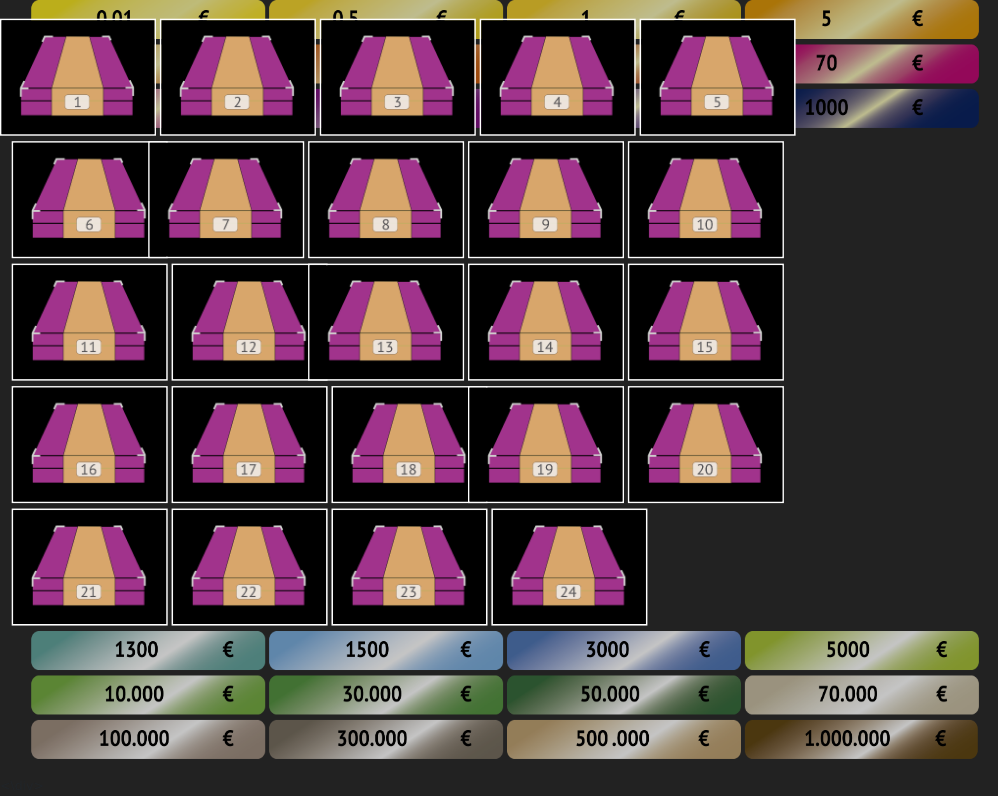
Repository: elnacp/Deal_or_no_deal
Page: DealOrNoDeal/index.html
An editor plug-in stored every save of this project. The page is shown before and after the next save, followed by the edit.
The browser window is 1280 px wide. The pictures show the whole page, at 78% of full size.
Some web libraries are served in a nearby version.

Above is the page before, as saved 2017-11-27 00:24:27.

### DealOrNoDeal/index.html
<!DOCTYPE html>
<html>
<head>
    <meta charset="utf-8" />
    <meta name="viewport" content="width=device-width, initial-scale=1.0, maximum-scale=1.0">
    <meta name="description" content="Tizen TV basic template generated by Samsung TV Web IDE"/>

    <title>Tizen TV Web IDE - Tizen TV - Tizen TV basic Application</title>

	<!-- jQuery library -->
	<script src="https://ajax.googleapis.com/ajax/libs/jquery/3.1.1/jquery.min.js"></script>
    <link rel="stylesheet" href="https://maxcdn.bootstrapcdn.com/bootstrap/4.0.0-beta.2/css/bootstrap.min.css" integrity="sha384-PsH8R72JQ3SOdhVi3uxftmaW6Vc51MKb0q5P2rRUpPvrszuE4W1povHYgTpBfshb" crossorigin="anonymous">
    <script src="https://code.jquery.com/jquery-3.2.1.slim.min.js" integrity="sha384-KJ3o2DKtIkvYIK3UENzmM7KCkRr/rE9/Qpg6aAZGJwFDMVNA/GpGFF93hXpG5KkN" crossorigin="anonymous"></script>
    <script src="https://cdnjs.cloudflare.com/ajax/libs/popper.js/1.12.3/umd/popper.min.js" integrity="sha384-vFJXuSJphROIrBnz7yo7oB41mKfc8JzQZiCq4NCceLEaO4IHwicKwpJf9c9IpFgh" crossorigin="anonymous"></script>
    <script src="https://maxcdn.bootstrapcdn.com/bootstrap/4.0.0-beta.2/js/bootstrap.min.js" integrity="sha384-alpBpkh1PFOepccYVYDB4do5UnbKysX5WZXm3XxPqe5iKTfUKjNkCk9SaVuEZflJ" crossorigin="anonymous"></script>
    <link rel="stylesheet" type="text/css" href="css/style.css"/>
    <script src="js/main.js"></script>
</head>

<body>
	<div id="container-fluid">
		<div class = "row">
			<div id = "left" class= "col">
				<ul>
					<input type="image"  id ="prizes" src="./img/prizes/0,01.png"   />
					<input type="image"  id ="prizes" src="./img/prizes/0,5.png"   />
					<input type="image"  id ="prizes" src="./img/prizes/1.png"  	/>
					<input type="image"  id ="prizes" src="./img/prizes/5.png"  	/>
					<input type="image"  id ="prizes" src="./img/prizes/10.png"     />
					<input type="image"  id ="prizes" src="./img/prizes/30.png"     />
					<input type="image"  id ="prizes" src="./img/prizes/50.png"     />
					<input type="image"  id ="prizes" src="./img/prizes/70.png"     />
					<input type="image"  id ="prizes" src="./img/prizes/100.png"    />
					<input type="image"  id ="prizes" src="./img/prizes/300.png"    />
					<input type="image"  id ="prizes" src="./img/prizes/500.png"    />
					<input type="image"  id ="prizes" src="./img/prizes/1000.png"    />
				</ul>
			</div>

			<div id="central" class="col-10">
				<div id="chests" class= "row">
					<input type="image"  id ="image" src="./img/chests/1.png"  />
					<input type="image"  id ="image" src="./img/chests/2.png"  />
					<input type="image"  id ="image" src="./img/chests/3.png"  />
					<input type="image"  id ="image" src="./img/chests/4.png"  />
					<input type="image"  id ="image" src="./img/chests/5.png"  />
					<input type="image"  id ="image" src="./img/chests/6.png"  />
				</div>
				<div id="chests" class= "row">
					<input type="image"  id ="image" src="./img/chests/7.png"   />
					<input type="image"  id ="image" src="./img/chests/8.png"   />
					<input type="image"  id ="image" src="./img/chests/9.png"   />
					<input type="image"  id ="image" src="./img/chests/10.png"  />
					<input type="image"  id ="image" src="./img/chests/11.png"  />
					<input type="image"  id ="image" src="./img/chests/12.png"  />
				</div>
				<div id="chests" class= "row">
					<input type="image"  id ="image" src="./img/chests/13.png"  />
					<input type="image"  id ="image" src="./img/chests/14.png"  />
					<input type="image"  id ="image" src="./img/chests/15.png"  />
					<input type="image"  id ="image" src="./img/chests/16.png"  />
					<input type="image"  id ="image" src="./img/chests/17.png"  />
					<input type="image"  id ="image" src="./img/chests/18.png"  />
				</div>
				<div id="chests" class= "row">
					<input type="image"  id ="image" src="./img/chests/19.png"  />
					<input type="image"  id ="image" src="./img/chests/20.png"  />
					<input type="image"  id ="image" src="./img/chests/21.png"  />
					<input type="image"  id ="image" src="./img/chests/22.png"  />
					<input type="image"  id ="image" src="./img/chests/23.png"  />
					<input type="image"  id ="image" src="./img/chests/24.png"  />
				</div>
			</div>

			<div id = "right" class= "col">
				<ul>
					<input type="image"  id ="prizes" src="./img/prizes/1300.png"   />
					<input type="image"  id ="prizes" src="./img/prizes/1500.png"   />
					<input type="image"  id ="prizes" src="./img/prizes/3000.png"  	/>
					<input type="image"  id ="prizes" src="./img/prizes/5000.png"  	/>
					<input type="image"  id ="prizes" src="./img/prizes/10.000.png"     />
					<input type="image"  id ="prizes" src="./img/prizes/30.000.png"     />
					<input type="image"  id ="prizes" src="./img/prizes/50.000.png"     />
					<input type="image"  id ="prizes" src="./img/prizes/70.000.png"     />
					<input type="image"  id ="prizes" src="./img/prizes/100.000.png"    />
					<input type="image"  id ="prizes" src="./img/prizes/300.000.png"    />
					<input type="image"  id ="prizes" src="./img/prizes/500.000.png"    />
					<input type="image"  id ="prizes" src="./img/prizes/1.000.000.png"    />
				</ul>
			</div>
		<\div>
	</div>

</body>

</html>

### DealOrNoDeal/css/style.css
* {
    font-family: Verdana, Lucida Sans, Arial, Helvetica, sans-serif;
}

body {
    margin: 0px auto;
    background-color:#222;
}

/*.contents {
	display: flex;
	display: -webkit-flex;
	box-sizing: border-box;
	-webkit-box-sizing: border-box;
	height:320px;
}


.content_text {
	font-weight:bold;
	font-size:5em;
	color:#fff;
}*/

.col{

	padding: 0px;
	border: none;
}


.row{
	padding: 0px;
	display: inline;
}

#left{
	position: absolute;
	left: 0px;
}



#prizes{
	width: 300px;
	height:50px;
}

#image{
	width:200px;
	height:150px;
	/*float:left;*/
	border: 2px solid white;
}

/*#chests{
	float:left;
}*/

### DealOrNoDeal/js/main.js

window.onload = function () {
    // TODO:: Do your initialization job

    // add eventListener for tizenhwkey
    document.addEventListener('tizenhwkey', function(e) {
        if(e.keyName == "back")
	try {
	    tizen.application.getCurrentApplication().exit();
	} catch (ignore) {
	}
    });



    // Sample code
    /*var textbox = document.querySelector('.contents');
    textbox.addEventListener("click", function(){
    	box = document.querySelector('#textbox');
    	box.innerHTML = box.innerHTML == "Basic" ? "Funciona" : "Basic";
    }); */


};

After the next save:
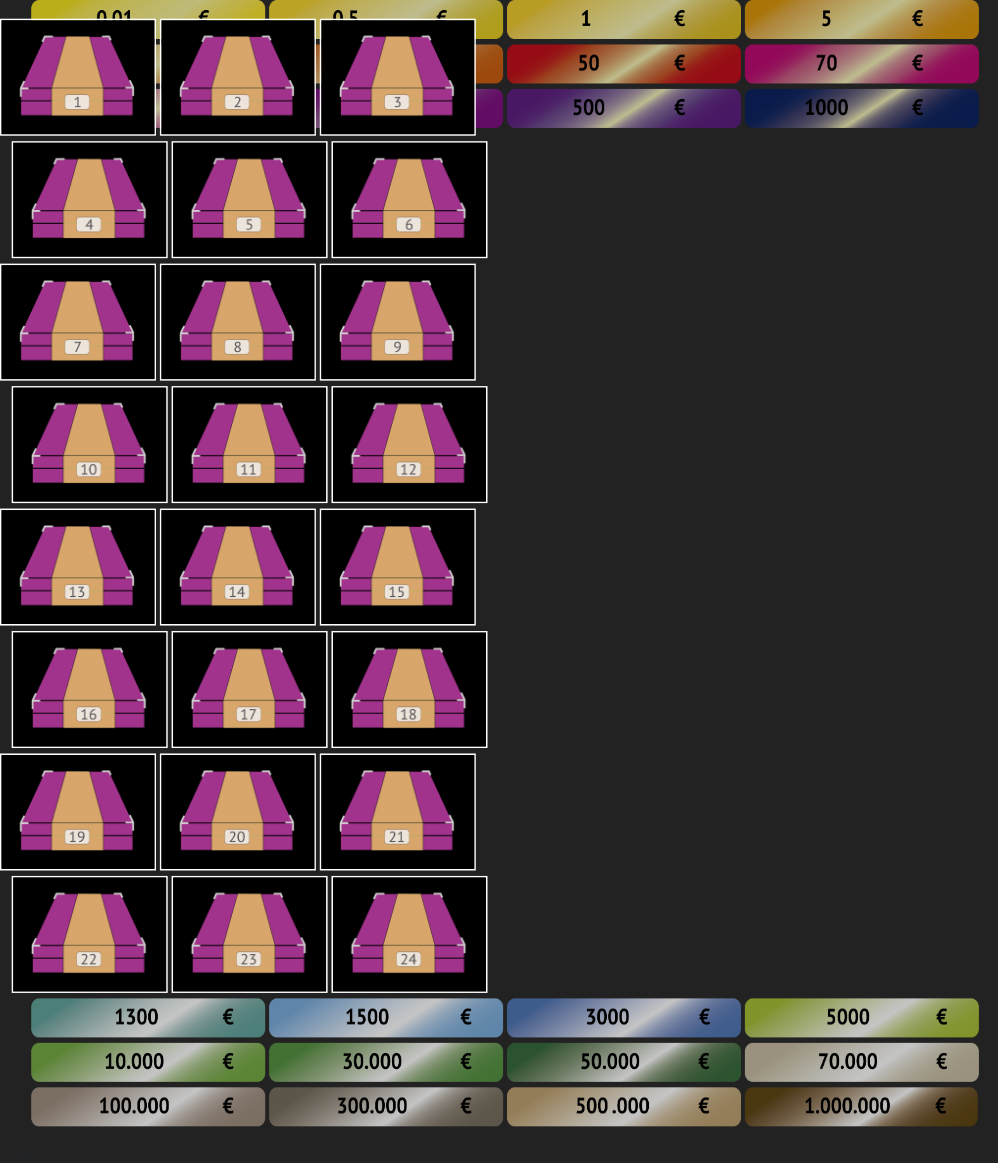
Saved 49 s later.
--- a/DealOrNoDeal/index.html
+++ b/DealOrNoDeal/index.html
@@ -37,7 +37,7 @@
 				</ul>
 			</div>
 
-			<div id="central" class="col-10">
+			<div id="central" class="col-6">
 				<div id="chests" class= "row">
 					<input type="image"  id ="image" src="./img/chests/1.png"  />
 					<input type="image"  id ="image" src="./img/chests/2.png"  />
